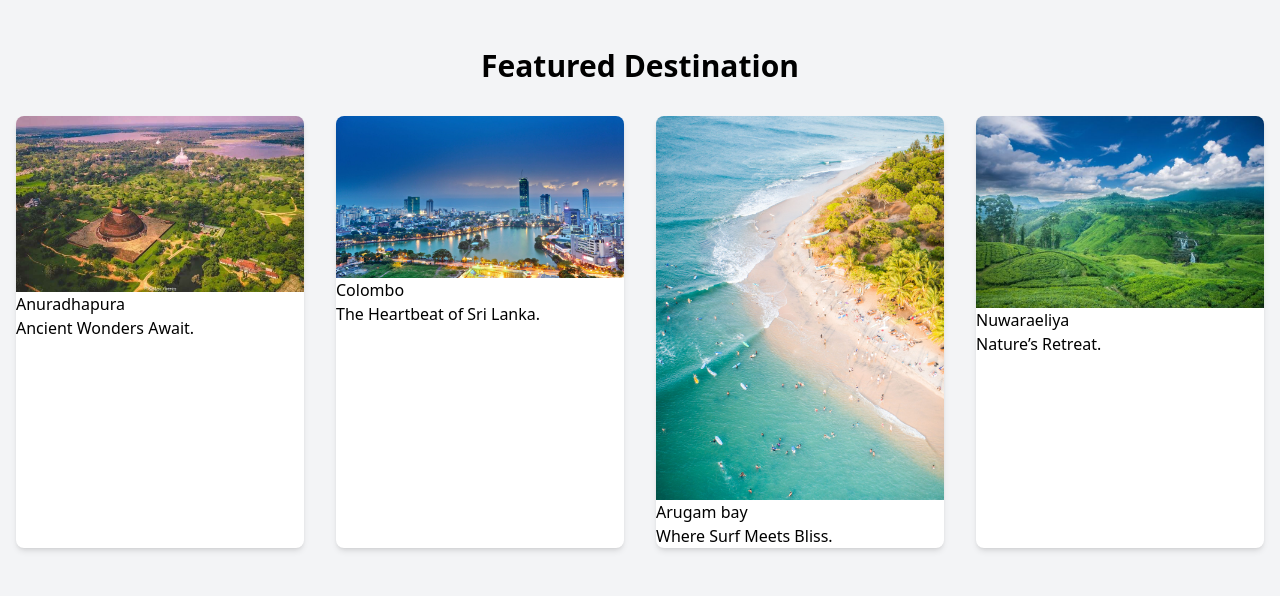
Repository: thisara199/Travel-Agency-Website
Page: /
An editor plug-in stored every save of this project. The page is shown before and after the next save, followed by the edit.
The browser window is 1280 px wide. The pictures show the part of the page from y = 720 to 1316 px (the page is 1316 px tall before and 1124 px after).
The project was rebuilt for these pictures with package versions that can differ from the ones it lists, and the page was loaded fresh each time. Also part of the build but not shown: vite.config.js.

Above is the page before, as saved 2024-09-04 05:11:20.

After the next save:
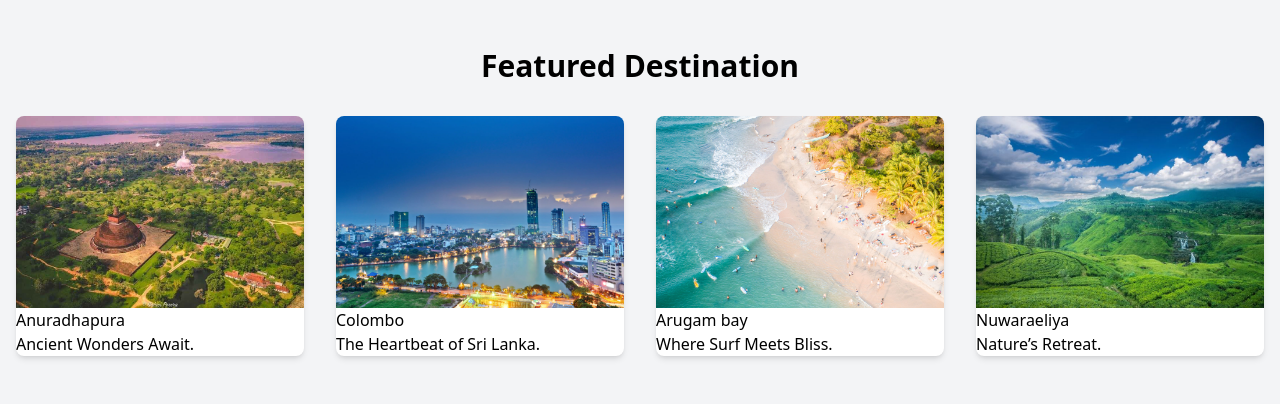
Saved 40 s later.
--- a/src/components/FeaturedDestination/FeaturedDestination.jsx
+++ b/src/components/FeaturedDestination/FeaturedDestination.jsx
@@ -35,7 +35,7 @@ const FeaturedDestination = () => {
         <div className='grid gap-8 sm:grid-cols-2 lg:grid-cols-3 xl:grid-cols-4'>
           {Destination.map((destination) => (
             <div key={destination.title} className='overflow-hidden bg-white rounded-lg shadow-md cursor-pointer'>
-              <img src={destination.image} alt={destination.title} />
+              <img src={destination.image} alt={destination.title} className='object-cover w-full h-48 transition duration-300 transform hover:scale-110'/>
               <h3>{destination.title}</h3>
               <p>{destination.description}</p>
             </div>
